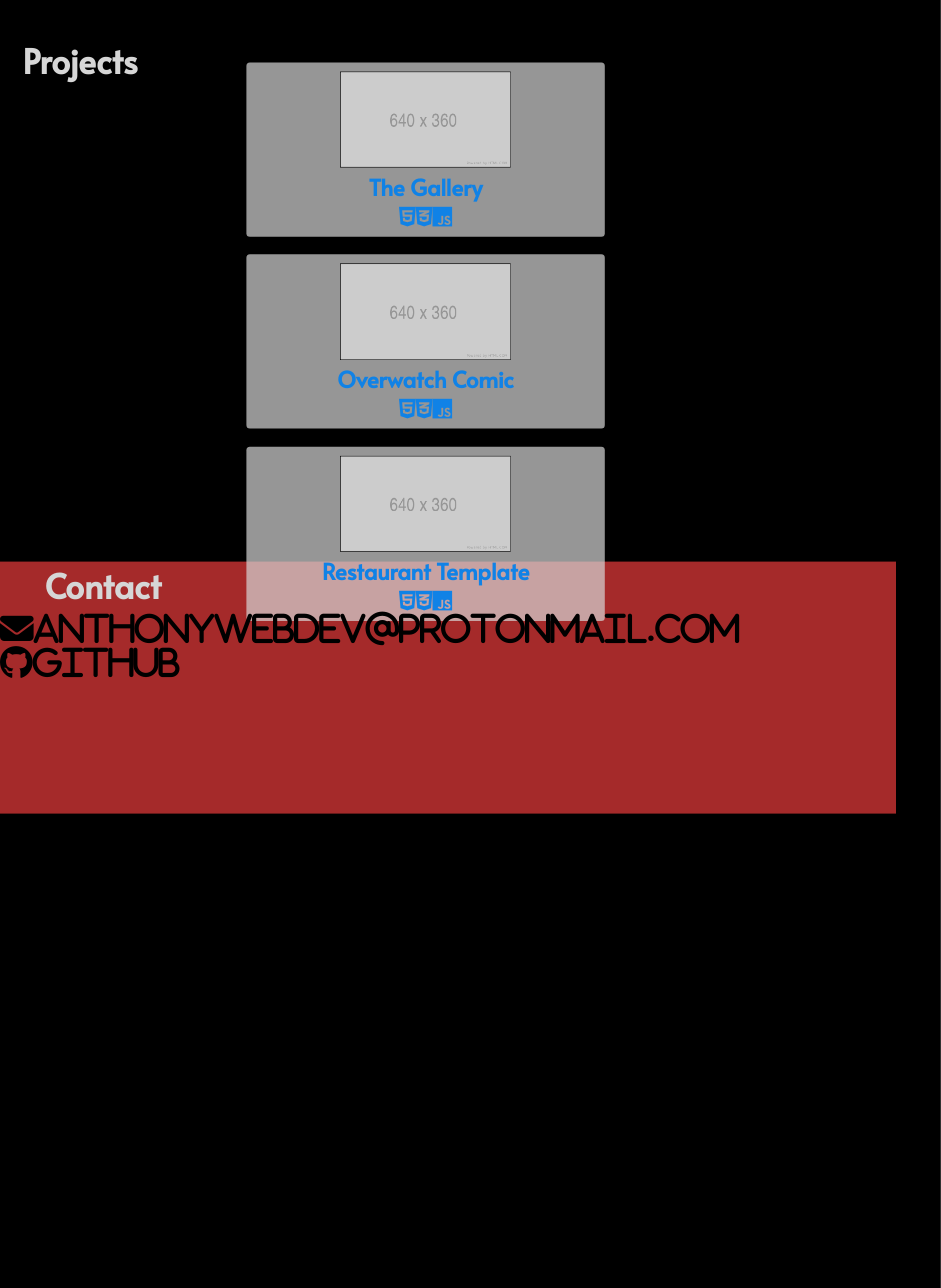
Repository: sloppytony/newport
Page: / (app in portfolio/)
The author's editor kept a copy of each file at every save. The page is drawn from the files as they stood at one save, then again after the next save.
The browser window is 1280 px wide. The page is 1344 px wide, so the pictures cover 1344 px, including what lies to the right of the window. The pictures show the part of the page from y = 1306 to 3146 px (the page is 3600 px tall), at 70% of full size.
Some web libraries are served in a nearby version. The project was rebuilt for these pictures with package versions that can differ from the ones it lists, and the page was loaded fresh each time. Also part of the build but not shown: portfolio/src/index.css.

Above is the page before, as saved 2020-08-23 19:02:22.

### portfolio/public/index.html
<!DOCTYPE html>
<html lang="en">
  <head>
    <meta charset="utf-8" />
    <link rel="icon" href="%PUBLIC_URL%/favicon.ico" />
    <meta name="viewport" content="width=device-width, initial-scale=1" />
    <meta name="theme-color" content="#000000" />
    <meta
      name="description"
      content="Web site created using create-react-app"
    />
    <link rel="apple-touch-icon" href="%PUBLIC_URL%/logo192.png" />
    <!--
      manifest.json provides metadata used when your web app is installed on a
      user's mobile device or desktop. See https://developers.google.com/web/fundamentals/web-app-manifest/
    -->
    <link rel="manifest" href="%PUBLIC_URL%/manifest.json" />
    <!--
      Notice the use of %PUBLIC_URL% in the tags above.
      It will be replaced with the URL of the `public` folder during the build.
      Only files inside the `public` folder can be referenced from the HTML.

      Unlike "/favicon.ico" or "favicon.ico", "%PUBLIC_URL%/favicon.ico" will
      work correctly both with client-side routing and a non-root public URL.
      Learn how to configure a non-root public URL by running `npm run build`.
    -->
    <link
      href="https://fonts.googleapis.com/css2?family=Alata&family=Oswald:wght@300&display=swap"
      rel="stylesheet"
    />
    <script
      src="https://kit.fontawesome.com/9a01f23326.js"
      crossorigin="anonymous"
    ></script>
    <title>React App</title>
  </head>
  <body>
    <noscript>You need to enable JavaScript to run this app.</noscript>
    <div id="root"></div>
    <!--
      This HTML file is a template.
      If you open it directly in the browser, you will see an empty page.

      You can add webfonts, meta tags, or analytics to this file.
      The build step will place the bundled scripts into the <body> tag.

      To begin the development, run `npm start` or `yarn start`.
      To create a production bundle, use `npm run build` or `yarn build`.
    -->
  </body>
</html>

### portfolio/src/App.js
import React from "react";

import "./App.css";

function App() {
  return (
    <body>
      <div className="section1">
        <div className="section1-container">
          <h1 className="mainTitle">Anthony Tostado</h1>
          <p className="mainPara">
            Welcome! take a look around...make yourself at home.
          </p>
          <h2 className="scroll">Scroll</h2>
        </div>
      </div>
      <div className="section2">
        <h1 className="title">About Me</h1>
        <p className="aboutPara">
          Lorem ipsum dolor sit amet, consectetur adipiscing elit. Praesent
          tempor arcu sed lectus tincidunt lacinia. Praesent nec eros ex. Fusce
          eu laoreet nunc. Praesent ligula urna, rutrum eu est et, fermentum
          molestie sapien. Praesent et lectus placerat, varius massa in, finibus
          arcu. Ut fringilla felis at enim semper, at eleifend turpis accumsan.
          Quisque suscipit ultrices purus sit amet dignissim. Sed faucibus, nisl
          vel bibendum consequat, velit sem porta nibh, ac pellentesque ante
          purus at nunc. Etiam tincidunt orci justo, in faucibus lorem ultrices
          sit amet. Quisque ex ipsum, venenatis in tempor eget, iaculis vel
          lorem.{" "}
        </p>
      </div>
      <div className="section3">
        <h1 className="title">Projects</h1>
        <div className="projectContent">
          <div className="card1">
            <img
              className="cardImage"
              src={require("../src/img/640x360.png")}
            ></img>
            <h1 className="cardTitle">The Gallery</h1>
            <div className="icons">
              <i className="fab fa-html5 fa-2x"></i>
              <i className="fab fa-css3-alt fa-2x"></i>
              <i className="fab fa-js fa-2x"></i>
            </div>
          </div>
          <div className="card2">
            <img
              className="cardImage"
              src={require("../src/img/640x360.png")}
            ></img>
            <h1 className="cardTitle">Overwatch Comic</h1>
            <div className="icons">
              <i className="fab fa-html5 fa-2x"></i>
              <i className="fab fa-css3-alt fa-2x"></i>
              <i className="fab fa-js fa-2x"></i>
            </div>
          </div>
          <div className="card3">
            <img
              className="cardImage"
              src={require("../src/img/640x360.png")}
            ></img>
            <h1 className="cardTitle">Restaurant Template</h1>
            <div className="icons">
              <i className="fab fa-html5 fa-2x"></i>
              <i className="fab fa-css3-alt fa-2x"></i>
              <i className="fab fa-js fa-2x"></i>
            </div>
          </div>
        </div>
      </div>
      <div className="section4">
        <h1 className="title">Contact</h1>
        <div className="icons">
          <i className="fas fa-envelope fa-3x">anthonywebdev@protonmail.com</i>
          <i className="fab fa-github fa-3x">Github</i>
        </div>
      </div>
    </body>
  );
}

export default App;

### portfolio/src/App.css
* {
  margin: 0;
  padding: 0;
  box-sizing: border-box;
}

body {
  background: linear-gradient(
    180deg,
    rgba(0, 0, 0, 0) 10%,
    rgba(0, 0, 0, 1) 30%
  );

  height: 500vh;
}

.image {
  width: 100%;
  height: 100%;
}

/*opening page*/
.section1 {
  height: 100vh;
  width: 100%;
  display: flex;
  justify-content: center;
  align-items: center;
  flex-direction: column;
}

div.section1-container {
  width: 80%;
  height: 75vh;
  background: url("./img/mountainspace.jfif");
  background-size: cover;
  background-position: bottom;
  display: flex;
  justify-content: center;
  align-items: center;
  flex-direction: column;
  box-shadow: -5px 5px 5px rgba(44, 44, 44, 0.5);
  border: 5px solid rgb(214, 214, 214);
}

.mainTitle {
  font-family: "Alata", sans-serif;
  font-weight: 100;
  font-size: 400%;
  display: flex;
  justify-content: center;
  align-items: center;
  text-align: center;
  color: rgb(214, 214, 214);

  animation: fadeIn 1.5s;
  border: 3px solid white;
  width: 50%;
  height: 20%;
}

.mainPara {
  font-family: "Oswald", sans-serif;
  font-size: 200%;
  display: flex;
  align-items: center;
  text-align: center;
  color: rgb(214, 214, 214);
  padding: 5%;
  text-shadow: -5px 5px 5px rgba(44, 44, 44, 0.5);
  animation: fadeIn 1.5s;
}

.scroll {
  font-family: "Oswald", sans-serif;
  font-size: 300%;
  padding-bottom: 2%;
  animation: pulse 2.5s infinite;
  color: rgb(214, 214, 214);
}

/*about*/
.section2 {
  height: 75vh;
  width: 100%;
  overflow: hidden;
  display: flex;
  align-items: center;
  justify-content: center;
  flex-direction: column;
  margin-bottom: 10%;
}

h1.title {
  height: 20%;
  width: 100%;
  margin-left: 5%;
  font-family: "Alata", sans-serif;
  font-size: 300%;
  color: rgb(214, 214, 214);
}

p.aboutPara {
  width: 75%;
  height: 20vh;
  text-align: center;
  margin: 5%;
  font-size: 150%;
  font-family: "Oswald", sans-serif;
  color: rgb(214, 214, 214);
}

/*projects*/
.section3 {
  height: 100vh;
  width: 100%;

  color: rgb(16, 130, 230);
  display: flex;
  justify-content: center;
  align-items: center;
  flex-direction: column;
}

div.projectContent {
  width: 100%;
  height: 99vh;
  display: flex;
  align-items: center;
  justify-content: center;
  flex-direction: column;
  margin-right: 10%;
}

h1.projectTitle {
  height: 20vh;
  width: 100%;
  margin-left: 5%;
  font-size: 300%;
  font-family: "Alata", sans-serif;
  color: rgb(214, 214, 214);
}

div.card1 {
  height: 50%;
  width: 40%;
  display: flex;
  justify-content: center;
  align-items: center;
  flex-direction: column;
  background: rgb(214, 214, 214, 0.7);
  border-radius: 5px 5px 5px;
  margin-left: 5%;
  padding: 1%;
  margin-top: 2%;
}

div.card2 {
  height: 50%;
  width: 40%;
  display: flex;
  justify-content: center;
  align-items: center;
  flex-direction: column;
  background: rgb(214, 214, 214, 0.7);
  border-radius: 5px 5px 5px;
  margin-left: 5%;
  padding: 1%;
  margin-top: 2%;
}

div.card3 {
  height: 50%;
  width: 40%;
  display: flex;
  justify-content: center;
  align-items: center;
  flex-direction: column;
  background: rgb(214, 214, 214, 0.7);
  border-radius: 5px 5px 5px;
  margin-left: 5%;
  padding: 1%;
  margin-top: 2%;
}

img.cardImage {
  width: 50%;
  border: 1px solid black;
}

h1.cardTitle {
  margin: 1%;
  font-size: 300;
  font-family: "Alata", sans-serif;
}

/*contact*/
div.section4 {
  height: 50vh;
  width: 100%;
  background: brown;
}

div. @keyframes fadeIn {
  from {
    opacity: 0;
  }
  to {
    opacity: 1;
  }
}

@keyframes pulse {
  0% {
    opacity: 0;
  }

  50% {
    opacity: 1;
  }
  100% {
    opacity: 0;
  }
}

Loaded but not shown: portfolio/src/index.js (common file); portfolio/src/serviceWorker.js (common file)

After the next save:
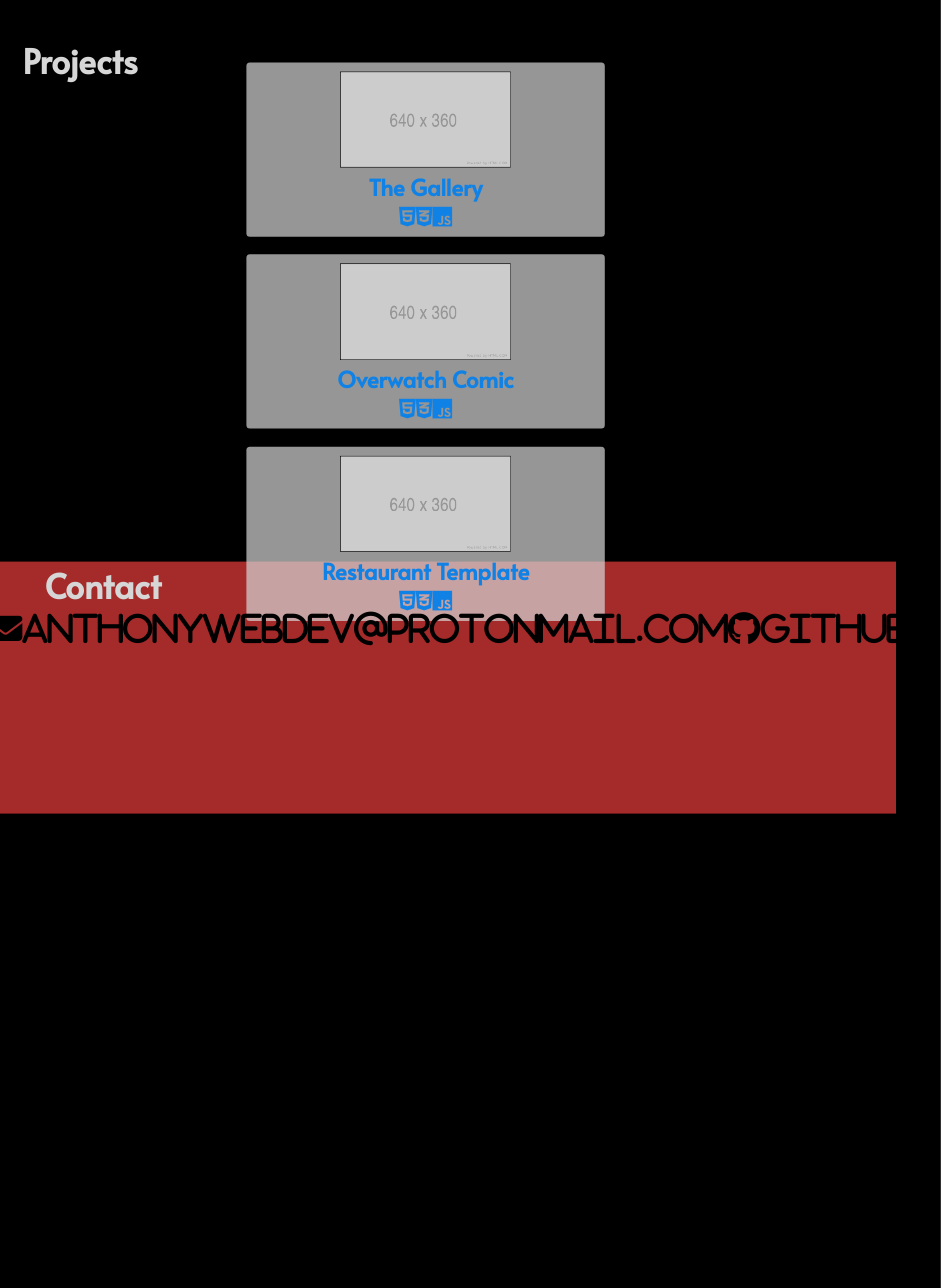
Saved 82 s later.
--- a/portfolio/src/App.css
+++ b/portfolio/src/App.css
@@ -201,6 +201,12 @@ div.section4 {
   background: brown;
 }
 
+div.icons {
+  display: flex;
+  justify-content: center;
+  align-items: center;
+}
+
 div. @keyframes fadeIn {
   from {
     opacity: 0;
